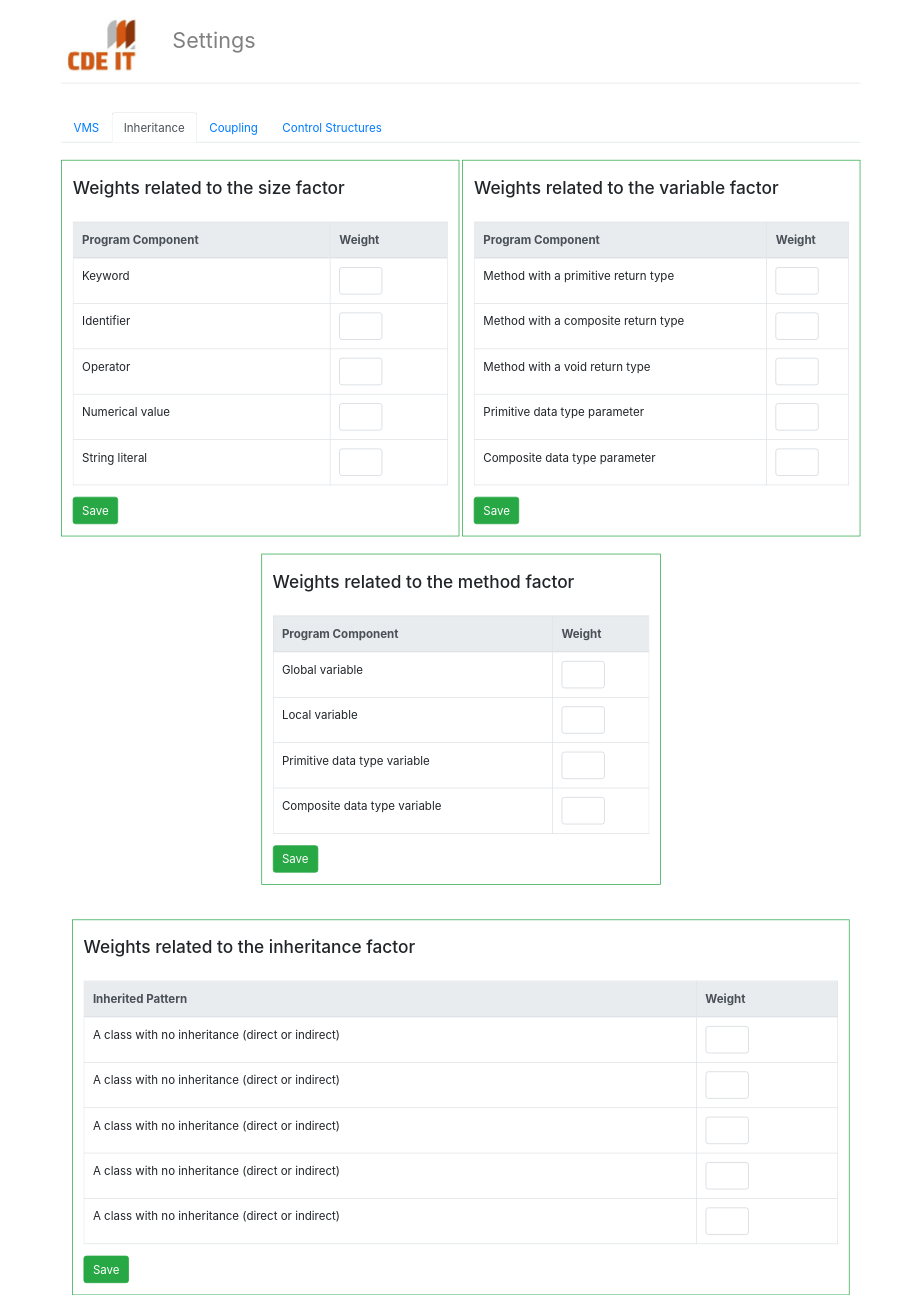
Repository: JudeAshan98/ITPM
Page: CDE_IT/WebContent/views/settings.html
An editor plug-in stored every save of this project. The page is shown before and after the next save, followed by the edit.
The browser window is 1280 px wide. The pictures show the whole page, at 72% of full size.

Above is the page before, as saved 2020-03-01 17:04:05.

### CDE_IT/WebContent/views/settings.html
<!DOCTYPE html>
<html lang="en">
<head>
<title>Bootstrap Example</title>
<meta charset="utf-8">
<meta name="viewport" content="width=device-width, initial-scale=1">
<link rel="stylesheet"
	href="https://maxcdn.bootstrapcdn.com/bootstrap/4.4.1/css/bootstrap.min.css">
<script
	src="https://ajax.googleapis.com/ajax/libs/jquery/3.4.1/jquery.min.js"></script>
<script
	src="https://cdnjs.cloudflare.com/ajax/libs/popper.js/1.16.0/umd/popper.min.js"></script>
<script
	src="https://maxcdn.bootstrapcdn.com/bootstrap/4.4.1/js/bootstrap.min.js"></script>
</head>
<body>
	<br>

	<div class="container">
		<div>
			<img src="../img/logoe.png" style="max-height: 75px">
			<text style="font-size:30px; color:gray ; margin-left:30px;">
			Settings<text>
			<hr />
		</div>
		<br>

		<!-- Nav tabs -->
		<ul class="nav nav-tabs" role="tablist">
			<li class="nav-item"><a class="nav-link" data-toggle="tab"
				href="#vms">VMS</a></li>
			<li class="nav-item"><a class="nav-link active"
				data-toggle="tab" href="#inheritance">Inheritance</a></li>
			<li class="nav-item"><a class="nav-link" data-toggle="tab"
				href="#Coupling">Coupling</a></li>
			<li class="nav-item"><a class="nav-link" data-toggle="tab"
				href="#Control">Control Structures</a></li>
		</ul>

		<!-- Tab panes -->
		<div class="tab-content">
			<div id="vms" class="container tab-pane active">
				<br>
				<div class="row">
					<div class="col-sm border border-success">
						<br>
						<h4>Weights related to the size factor</h4>
						<div class="table-responsive">
							<br>
							<table class="table table-bordered">
								<thead class="thead-light">
									<tr>
										<th>Program Component</th>
										<th>Weight</th>
									</tr>
								</thead>
								<tbody>
									<tr>
										<td>Keyword</td>
										<td><input type="number" class="form-control"   style="width:60px"></td>
									</tr>
									<tr>
										<td>Identifier</td>
										<td><input type="number" class="form-control"   style="width:60px"></td>
									</tr>
									<tr>
										<td>Operator</td>
										<td><input type="number" class="form-control"   style="width:60px"></td>
									</tr>
									<tr>
										<td>Numerical value</td>
										<td><input type="number" class="form-control"   style="width:60px"></td>
									</tr>
									<tr>
										<td>String literal</td>
										<td><input type="number" class="form-control"   style="width:60px"></td>
									</tr>
								</tbody>
							</table>
						</div>
						<button type="button" class="btn btn-success">Save</button>
					</div>
					&nbsp
					<div class="col-sm border border-success">
						<br>
						<h4>Weights related to the variable factor</h4>
						<div class="table-responsive">
							<br>
							<table class="table table-bordered">
								<thead class="thead-light">
									<tr>
										<th>Program Component</th>
										<th>Weight</th>
									</tr>
								</thead>
								<tbody>
									<tr>
										<td>Method with a primitive return type</td>
										<td><input type="number" class="form-control"   style="width:60px"></td>
									</tr>
									<tr>
										<td>Method with a composite return type</td>
										<td><input type="number" class="form-control"   style="width:60px"></td>
									</tr>
									<tr>
										<td>Method with a void return type</td>
										<td><input type="number" class="form-control"   style="width:60px"></td>
									</tr>
									<tr>
										<td>Primitive data type parameter</td>
										<td><input type="number" class="form-control"   style="width:60px"></td>
									</tr>
									<tr>
										<td>Composite data type parameter</td>
										<td><input type="number" class="form-control"   style="width:60px"></td>
									</tr>
								</tbody>
							</table>

						</div>
						<button type="button" class="btn btn-success">Save</button>
						<p></p>
					</div>
				</div>
				<br>
				<div class="row justify-content-md-center">
					<div class="col-md-6 border border-success">
						<br>
						<h4>Weights related to the method factor</h4>
						<div class="table-responsive">
							<br>
							<table class="table table-bordered">
								<thead class="thead-light">
									<tr>
										<th>Program Component</th>
										<th>Weight</th>
									</tr>
								</thead>
								<tbody>
									<tr>
										<td>Global variable</td>
										<td><input type="number" class="form-control"   style="width:60px"></td>
									</tr>
									<tr>
										<td>Local variable</td>
										<td><input type="number" class="form-control"   style="width:60px"></td>
									</tr>
									<tr>
										<td>Primitive data type variable</td>
										<td><input type="number" class="form-control"   style="width:60px"></td>
									</tr>
									<tr>
										<td>Composite data type variable</td>
										<td><input type="number" class="form-control"   style="width:60px"></td>
									</tr>
								</tbody>
							</table>
						</div>
						<button type="button" class="btn btn-success">Save</button>
						<p></p>
					</div>
				</div>
				<br>
			</div>
			<div id="inheritance" class="container tab-pane active">
				<br>
				<div class="col-sm border border-success">
					<br>
					<h4>Weights related to the inheritance factor</h4>
					<div class="table-responsive">
						<br>
						<table class="table table-bordered">
							<thead class="thead-light">
								<tr>
									<th>Inherited Pattern</th>
									<th>Weight</th>
								</tr>
							</thead>
							<tbody>
								<tr>
									<td>A class with no inheritance (direct or indirect)</td>
									<td><input type="number" class="form-control"   style="width:60px"></td>
								</tr>
								<tr>
									<td>A class with no inheritance (direct or indirect)</td>
									<td><input type="number" class="form-control"   style="width:60px"></td>
								</tr>
								<tr>
									<td>A class with no inheritance (direct or indirect)</td>
									<td><input type="number" class="form-control"   style="width:60px"></td>
								</tr>
								<tr>
									<td>A class with no inheritance (direct or indirect)</td>
									<td><input type="number" class="form-control"   style="width:60px"></td>
								</tr>
								<tr>
									<td>A class with no inheritance (direct or indirect)</td>
									<td><input type="number" class="form-control"   style="width:60px"></td>
								</tr>
							</tbody>
						</table>
					</div>
					<button type="button" class="btn btn-success">Save</button>
					<p></p>
				</div>
			</div>
			<div id="Coupling" class="container tab-pane fade">
				<br>
				<div class="col-sm border border-success">
					<br>
					<h4>Weights related to the size factor</h4>
					<div class="table-responsive">
						<br>
						<table class="table table-bordered">
							<thead class="thead-light">
								<tr>
									<th>Program Component</th>
									<th>Weight</th>
								</tr>
							</thead>
							<tbody>
								<tr>
									<td>1</td>
									<td><input type="number" class="form-control"   style="width:60px"></td>
								</tr>
							</tbody>
						</table>
					</div>
					<button type="button" class="btn btn-success">Save</button>
					<p></p>
				</div>
			</div>
			<div id="Control" class="container tab-pane fade">
				<br>
				<div class="col-sm border border-success">
					<br>
					<h4>Weights related to the size factor</h4>
					<div class="table-responsive">
						<br>
						<table class="table table-bordered">
							<thead class="thead-light">
								<tr>
									<th>Program Component</th>
									<th>Weight</th>
								</tr>
							</thead>
							<tbody>
								<tr>
									<td>1</td>
									<td><input type="number" class="form-control"   style="width:60px"></td>
								</tr>
							</tbody>
						</table>
					</div>
					<button type="button" class="btn btn-success">Save</button>
					<p></p>
				</div>
			</div>
		</div>

	</div>
</body>
</html>

After the next save:
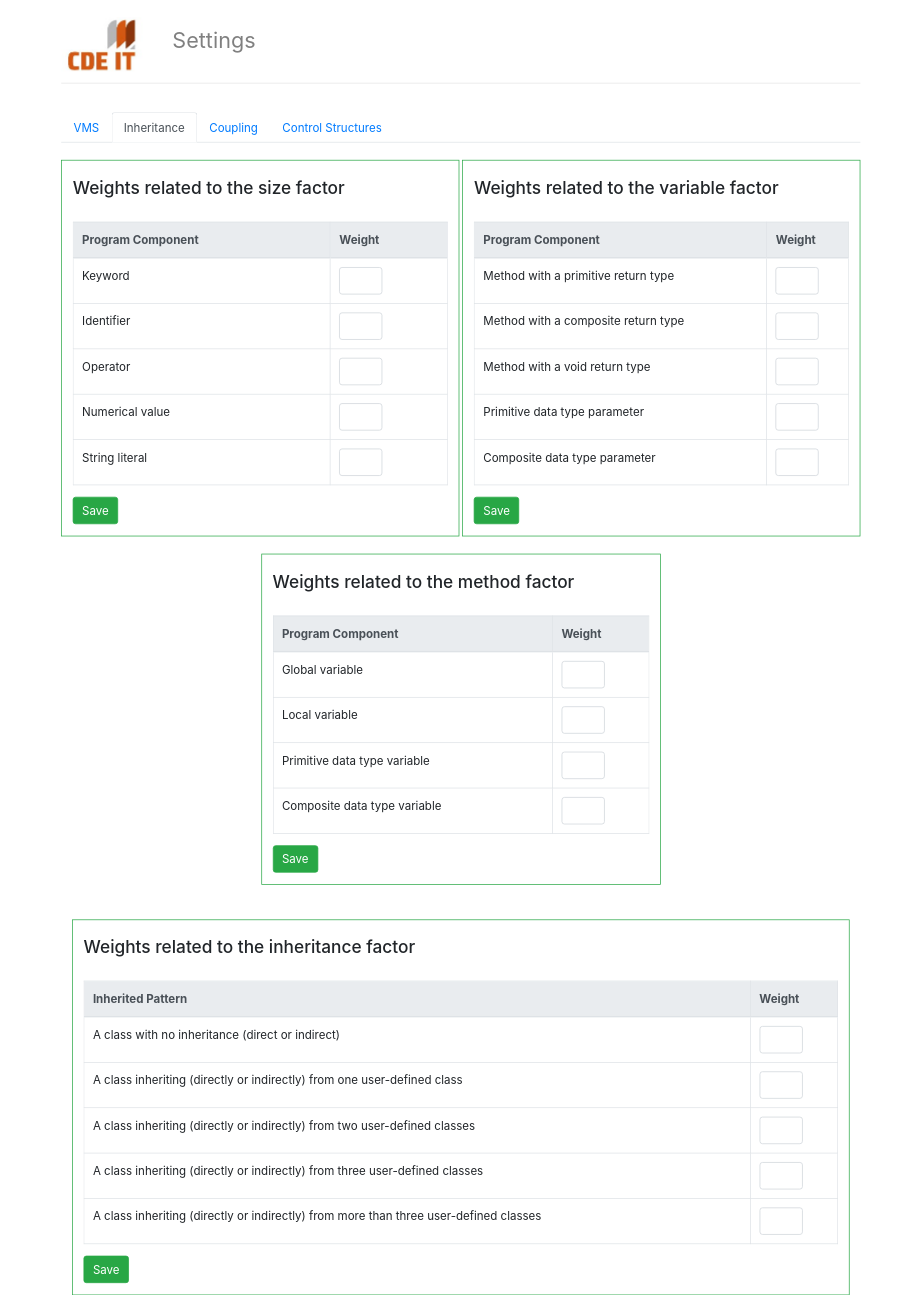
Saved 55 s later.
--- a/CDE_IT/WebContent/views/settings.html
+++ b/CDE_IT/WebContent/views/settings.html
@@ -182,19 +182,19 @@
 									<td><input type="number" class="form-control"   style="width:60px"></td>
 								</tr>
 								<tr>
-									<td>A class with no inheritance (direct or indirect)</td>
-									<td><input type="number" class="form-control"   style="width:60px"></td>
-								</tr>
-								<tr>
-									<td>A class with no inheritance (direct or indirect)</td>
-									<td><input type="number" class="form-control"   style="width:60px"></td>
-								</tr>
-								<tr>
-									<td>A class with no inheritance (direct or indirect)</td>
-									<td><input type="number" class="form-control"   style="width:60px"></td>
-								</tr>
-								<tr>
-									<td>A class with no inheritance (direct or indirect)</td>
+									<td>A class inheriting (directly or indirectly) from one user-defined class</td>
+									<td><input type="number" class="form-control"   style="width:60px"></td>
+								</tr>
+								<tr>
+									<td>A class inheriting (directly or indirectly) from two user-defined classes</td>
+									<td><input type="number" class="form-control"   style="width:60px"></td>
+								</tr>
+								<tr>
+									<td>A class inheriting (directly or indirectly) from three user-defined classes</td>
+									<td><input type="number" class="form-control"   style="width:60px"></td>
+								</tr>
+								<tr>
+									<td>A class inheriting (directly or indirectly) from more than three user-defined classes</td>
 									<td><input type="number" class="form-control"   style="width:60px"></td>
 								</tr>
 							</tbody>
